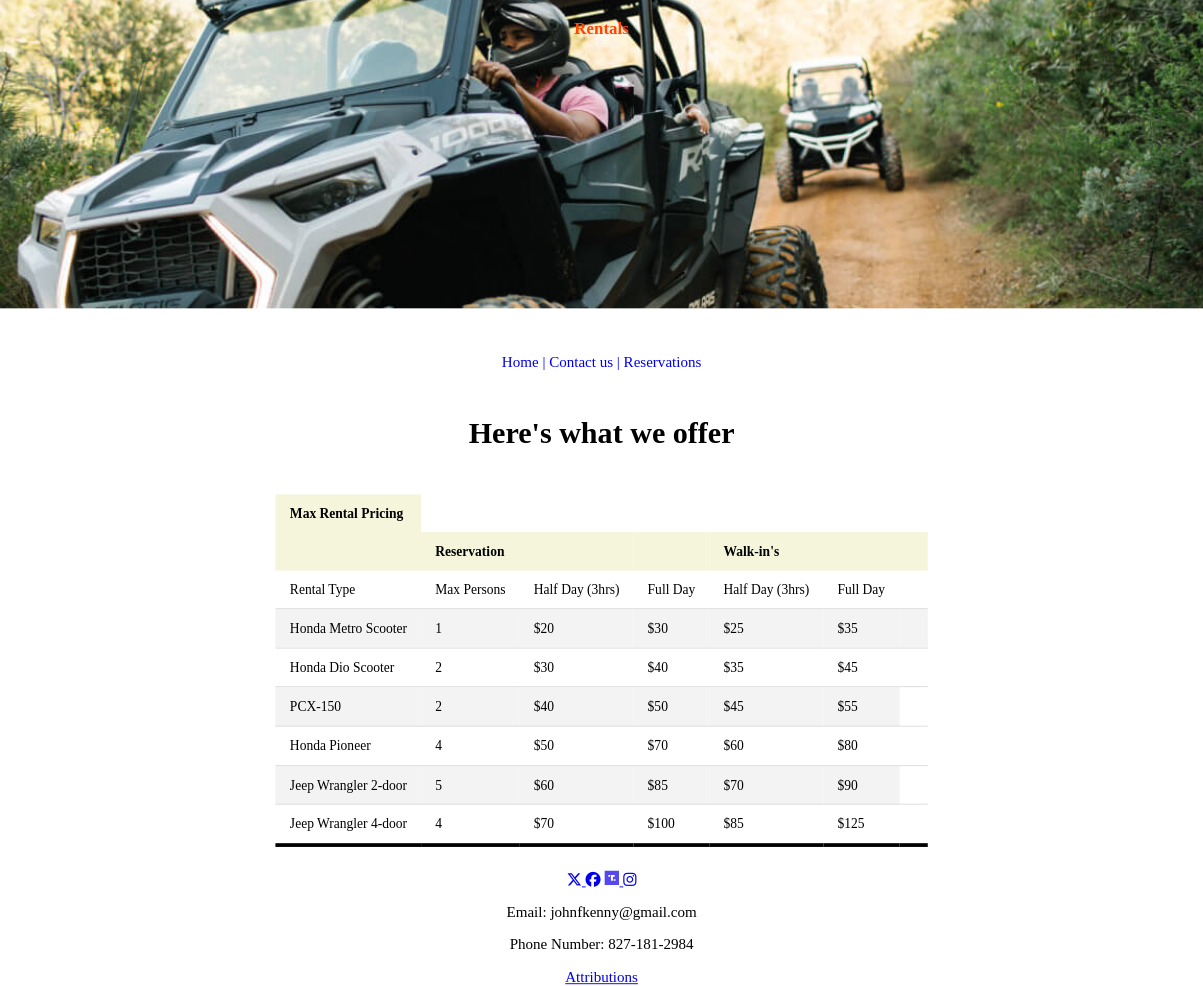
Repository: nak97/WDD230
Page: scoots/rentals-page/rentals-page.html
An editor plug-in stored every save of this project. The page is shown before and after the next save, followed by the edit.
The browser window is 1280 px wide. The pictures show the whole page, at 94% of full size.
Some web libraries are served in a nearby version.

Above is the page before, as saved 2023-12-11 17:44:23.

### scoots/rentals-page/rentals-page.html
<!DOCTYPE html>
<html lang="en">
<head>
  <meta charset="UTF-8">
  <meta name="viewport" content="width=device-width, initial-scale=1.0">
  <title>Nick Keen - WDD 230 - Web Frontend Development</title>
  <meta name="description" content="WDD 230 - Nicholas Keen  - Web Frontend Final Project">
  <meta name="author" content="Nicholas Keen">
  <meta property="og:title" content="facebook"/>
  <meta property="og:type" content="website" />
  <meta property="og:url" content="facebook.com" />
  <meta property="og:image" content="images/facebook-meta-tag-pic.png" />
  <link rel="stylesheet" href="styles/base.css">
  <link rel="stylesheet" href="styles/media.css">
  <link rel="stylesheet" href="styles/normalize.css">
</head>
<body>

  <header>
<h1>Rentals</h1>
  </header>

  <nav>
<a href="../home-page/home.html">Home |</a>
<a href="../contact/contact.html">Contact us |</a>
<a href="../reservations/reservations.html">Reservations</a>
  </nav>

  <main>
    <h1> Here's what we offer</h1>
    <section class="flex-container">
    <table class="content-table">
      <thead>
        <tr>
          <td>  Max Rental Pricing</td></tr>
          <td></td>
          <td colspan="2"> Reservation</td>
          <td></td>
          <td colspan="3">Walk-in's</td>
      </tr>
      </thead>
      <tbody>
        <tr>
          <td>Rental Type</td>
          <td>Max Persons</td>
          <td>Half Day (3hrs)</td>
          <td>Full Day</td>
          <td>Half Day (3hrs)</td>
          <td>Full Day</td>
      </tr>
        <tr>
        <td>Honda Metro Scooter</td>
        <td>1</td>
        <td><span id="price-half-metro"></span></td>
        <td><span id="price-f-metro"></span></td>
        <td><span id="price-h-w"> </span></td>
        <td id="price-f-w"> </td>
        <td></td>
      </tr>
        <tr>
          <td>Honda Dio Scooter</td>
          <td>2</td>
          <td> <span id="dio-h-r"></span></td>
          <td> <span id="dio-f-r"></span></td>
          <td> <span id="dio-h-w"></span></td>
          <td> <span id="dio-f-w"></span></td>
          <td></td>
        </tr>
        <tr>
          <td>PCX-150</td>
          <td>2</td>
          <td> <span id="pcx-h-r"></span></td>
          <td> <span id="pcx-f-r"></span></td>
          <td> <span id="pcx-h-w"></span></td>
          <td> <span id="pcx-f-w"></span></td>
        </tr>
        <tr>
          <td>Honda Pioneer</td>
          <td>4</td>
          <td> <span id="pioneer-h-r"></span></td>
          <td> <span id="pioneer-f-r"></span></td>
          <td> <span id="pioneer-h-w"></span></td>
          <td> <span id="pioneer-f-w"></span></td>
        </tr>
        <tr>
          <td>Jeep Wrangler 2-door</td>
          <td>5</td>
          <td> <span id="jeep-two-h-r"></span></td>
          <td> <span id="jeep-two-f-r"></span></td>
          <td> <span id="jeep-two-h-w"></span></td>
          <td> <span id="jeep-two-f-w"></span></td>
        </tr>
        <tr>
        <td>Jeep Wrangler 4-door</td>
        <td>4</td>
        <td> <span id="jeep-four-h-r"></span></td>
        <td> <span id="jeep-four-f-r"></span></td>
        <td> <span id="jeep-four-h-w"></span></td>
        <td> <span id="jeep-four-f-w"></span></td>
        </tr>






      </tbody>





    </table>



  </section>


















  </main>





<footer>

  <a href="https://twitter.com/" target="_blank" > <i class="fa-brands fa-x-twitter"></i> </a>
  <a href="https://www.facebook.com" target="_blank"><i class="fa-brands fa-facebook"></i></a>
  <a href="https://truthsocial.com/" target="_blank"> <img class="truth-social-icon" src="images/truth-social.svg" alt="truth social"> </a>
  <a href="https://www.instagram.com/" target="_blank"><i class="fa-brands fa-instagram"></i></a>

<section class="info">
<p>Email: johnfkenny@gmail.com</p>
<p>Phone Number: 827-181-2984</p>
<a href="attributions.html" target="_blank">Attributions</a>
</section>


</footer>



<script src="./scripts/pricing.js"></script>
<script src="https://kit.fontawesome.com/615002bc5f.js" crossorigin="anonymous"></script>
</body>


</html>

### scoots/rentals-page/styles/base.css
header {
  background-image: url(../images/OHV-SEO-1152x768.jpg);
  background-repeat: no-repeat;
  height: 20rem;
  background-position: 10% 67%;
  background-size: cover;
  margin-top: 0 ;
  padding-top: 0.5rem;
}

header h1 {
  color: orangered;
  font-size: large;
}

nav {
  text-align: center;
  margin-top: 3rem;
  margin-bottom: 3rem;
}

nav a {
  text-decoration: none;
}

h1 {
  text-align: center;
}
.content-table {
  border-collapse: collapse;
  margin: 25px 0;
  font-size: 0.9em;
  min-width: 400px;
}

.content-table thead tr {
  background-color: beige;
  color: black;
  text-align: left;
  font-weight: bold;
}

.content-table th {

}

.flex-container {
  display: flex;
  justify-content: center;
}


.content-table td{
  padding:12px 15px;
}

.content-table tbody tr {
  border-bottom: 1px solid #dddddd;

}

.content-table tbody tr:nth-of-type(even){
  background-color: #f3f3f3;
}

.content-table tbody tr:last-of-type {
border-bottom:4px solid black;
}



footer {
  text-align: center;
}

.truth-social-icon {
  height: 1rem;
}

### scoots/rentals-page/scripts/pricing.js
const url = './data/pricing.json'
async function getPrice() {
 const response = await fetch(url);
 const data = await response.json();
 console.log(data)

// metro scooter
 document.getElementById('price-half-metro').innerText = data.reservation[0].hd;
 document.getElementById('price-f-metro').innerText = data.reservation[0].fd ;
 document.getElementById('price-h-w').innerText = data.walk[0].hd;
 document.getElementById('price-f-w').innerText = data.walk[0].fd;

// dio scooter
 document.getElementById('dio-h-r').innerText = data.reservation[1].hd;
 document.getElementById('dio-f-r').innerText = data.reservation[1].fd;
 document.getElementById('dio-h-w').innerText = data.walk[1].hd;
 document.getElementById('dio-f-w').innerText = data.walk[1].fd;

//  pxc150
document.getElementById('pcx-h-r').innerText = data.reservation[2].hd;
document.getElementById('pcx-f-r').innerText = data.reservation[2].fd;
document.getElementById('pcx-h-w').innerText = data.walk[2].hd;
document.getElementById('pcx-f-w').innerText = data.walk[2].fd;

// pioneer
document.getElementById('pioneer-h-r').innerText = data.reservation[3].hd;
document.getElementById('pioneer-f-r').innerText = data.reservation[3].fd;
document.getElementById('pioneer-h-w').innerText = data.walk[3].hd;
document.getElementById('pioneer-f-w').innerText = data.walk[3].fd;

// jeep 2-door
document.getElementById('jeep-two-h-r').innerText = data.reservation[5].hd;
document.getElementById('jeep-two-f-r').innerText = data.reservation[5].fd;
document.getElementById('jeep-two-h-w').innerText = data.walk[5].hd;
document.getElementById('jeep-two-f-w').innerText = data.walk[5].fd;

// jeep 4-door
document.getElementById('jeep-four-h-r').innerText = data.reservation[4].hd;
document.getElementById('jeep-four-f-r').innerText = data.reservation[4].fd;
document.getElementById('jeep-four-h-w').innerText = data.walk[4].hd;
document.getElementById('jeep-four-f-w').innerText = data.walk[4].fd;
}
getPrice();

### scoots/rentals-page/data/pricing.json
{
  "reservation":[
      {
        "type": "Honda Metro Scooter ",
        "hd": "$20",
        "fd": "$30"
      },

      {
        "type": " Honda Dio Scooter",
        "hd": "$30 ",
        "fd": "$40 "
      },

      {
        "type": " Honda CX150 Scooter",
        "hd": "$40 ",
        "fd": "$50 "
      },


      {
        "type": " Honda Pioneer",
        "hd": "$50 ",
        "fd": "$70 "
      },

      {
        "type": " Jeep Wrangler - 4 door with a/c",
        "hd": "$70 ",
        "fd": "$100 "
      },

      {
        "type": " Jeep Wrangler - 2 door ",
        "hd": "$60 ",
        "fd": "$85 "
      }
  ],

  "walk":[
{
  "type": "Honda Metro Scooter ",
  "hd": "$25",
  "fd": "$35"
},

{
  "type": " Honda Dio Scooter",
  "hd": "$35 ",
  "fd": "$45 "
},

{
  "type": " Honda CX150 Scooter",
  "hd": "$45 ",
  "fd": "$55 "
},

{
  "type": " Honda Pioneer",
  "hd": "$60 ",
  "fd": "$80 "
},

{
  "type": " Jeep Wrangler - 4 door with a/c",
  "hd": "$85 ",
  "fd": "$125 "
},

{
  "type": " Jeep Wrangler - 2 door ",
  "hd": "$70 ",
  "fd": "$90 "
}

  ]
}

Loaded but not shown: scoots/rentals-page/styles/normalize.css (library); scoots/rentals-page/styles/media.css (no stored copy; drawn as an empty file)

After the next save:
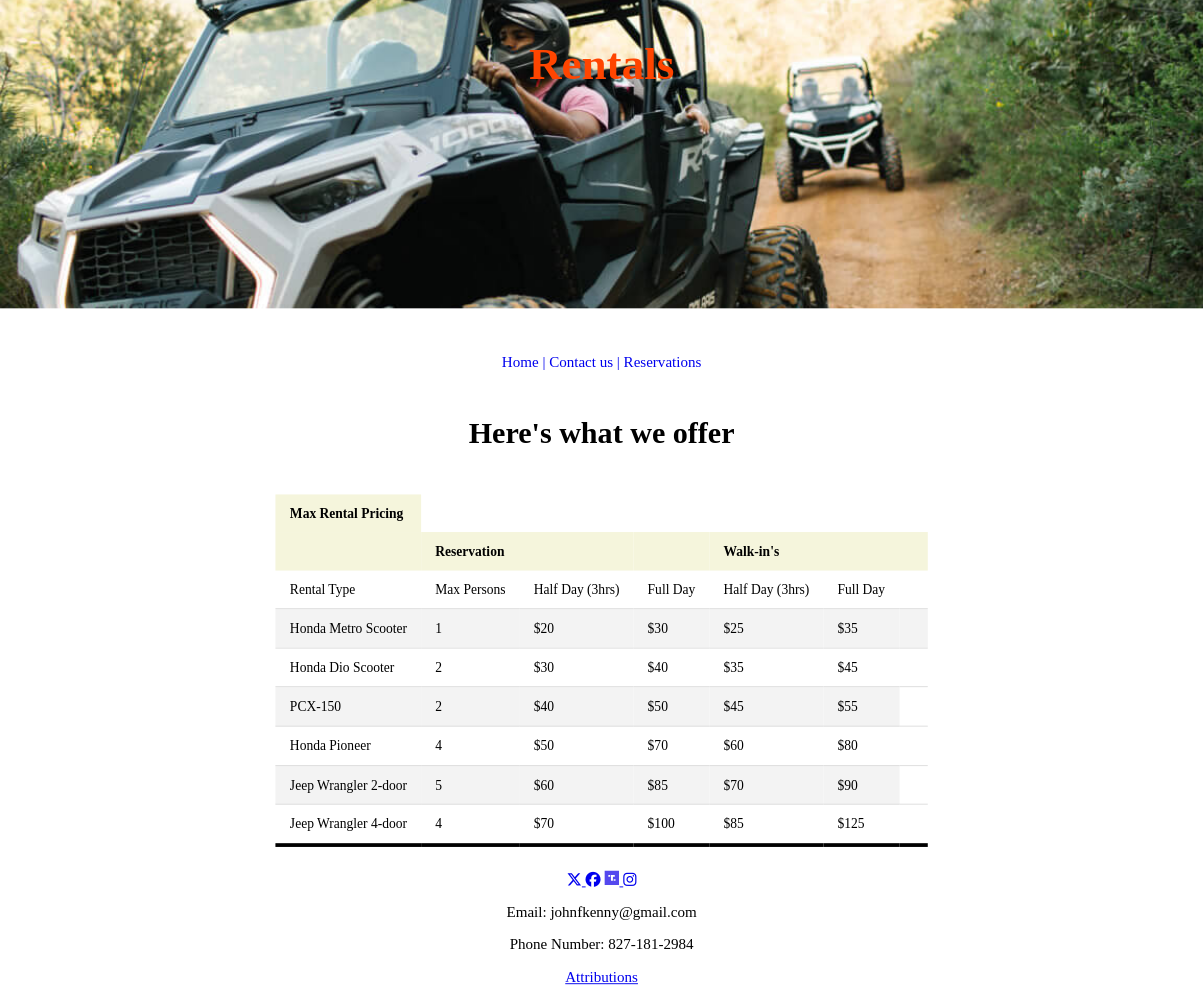
Saved 5 s later.
--- a/scoots/rentals-page/styles/base.css
+++ b/scoots/rentals-page/styles/base.css
@@ -10,7 +10,7 @@ header {
 
 header h1 {
   color: orangered;
-  font-size: large;
+  font-size: 3rem;
 }
 
 nav {
